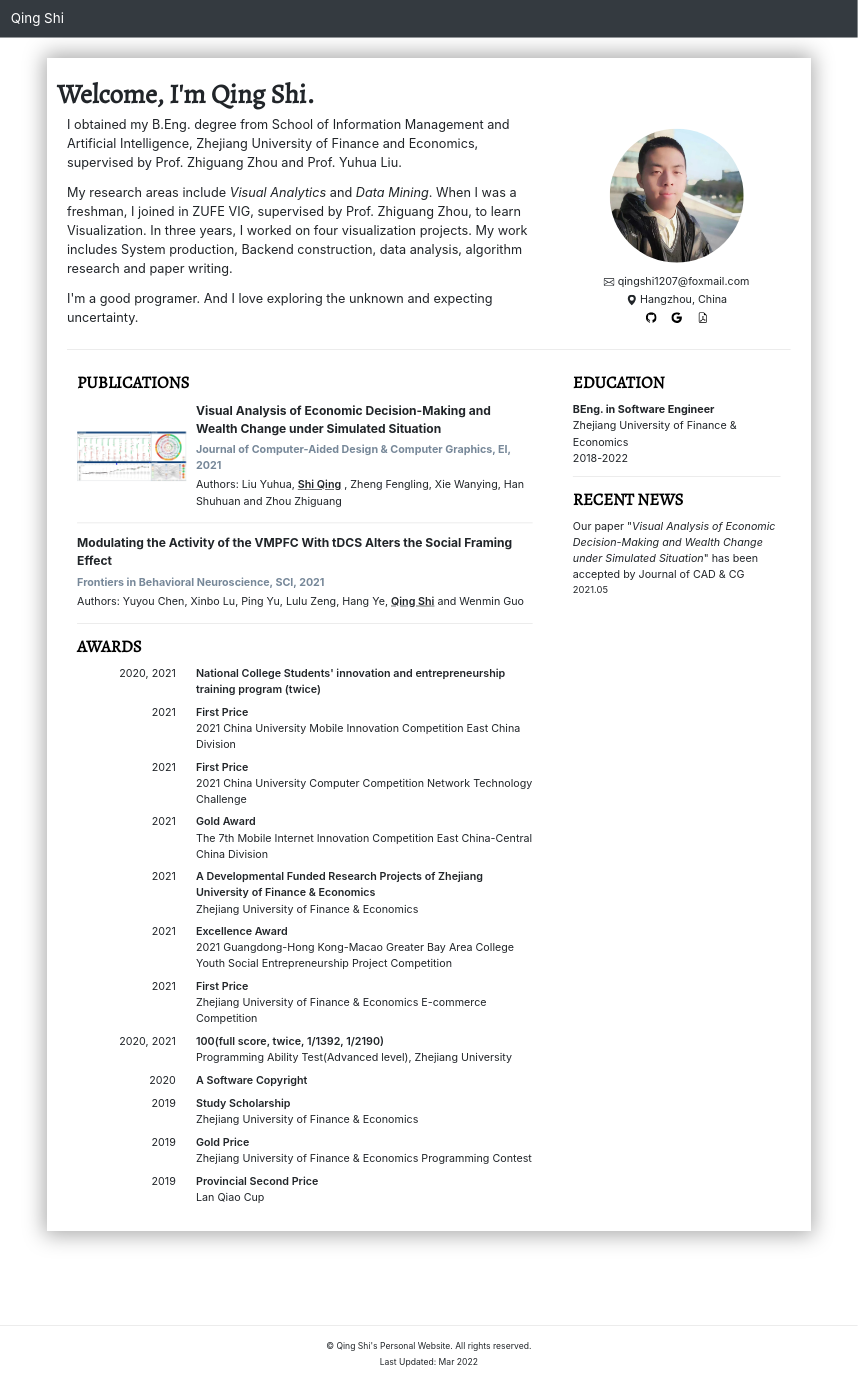
Repository: sqsssq/webpage
Page: index.html
An editor plug-in stored every save of this project. The page is shown before and after the next save, followed by the edit.
The browser window is 1280 px wide. The pictures show the whole page, at 67% of full size.
Some web libraries are served in a nearby version.

Above is the page before, as saved 2022-03-28 16:55:51.

After the next save:
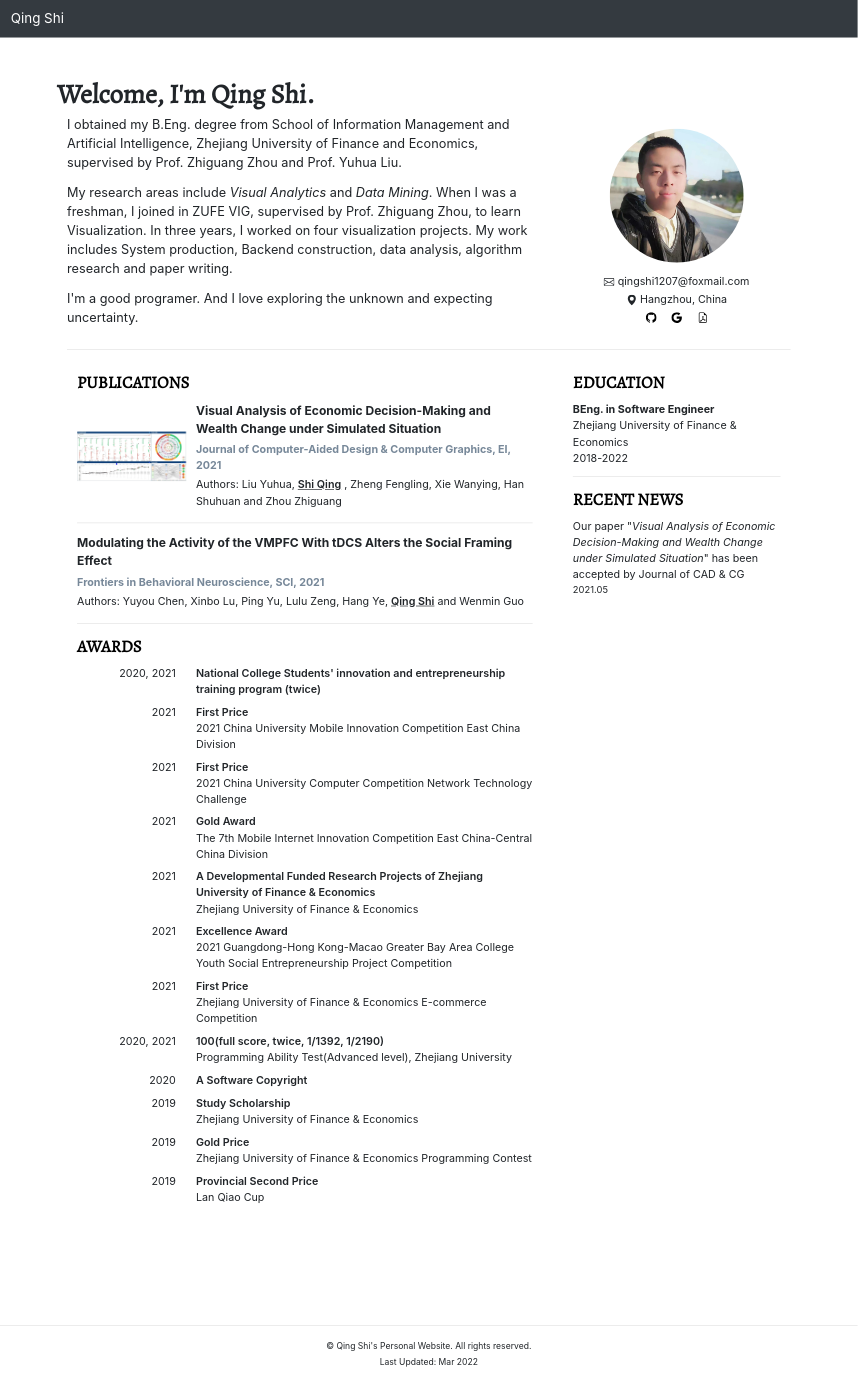
Saved 5 min 10 s later.
--- a/css/index.css
+++ b/css/index.css
@@ -27,7 +27,7 @@ body {
     /* border-color: black; */
     /* border-width: 3px; */
     /* border-style: solid; */
-    box-shadow: darkgrey 0px 0px 30px 5px ;
+    /* box-shadow: darkgrey 0px 0px 30px 5px ; */
 }
 
 .webIntroduction .intro {
